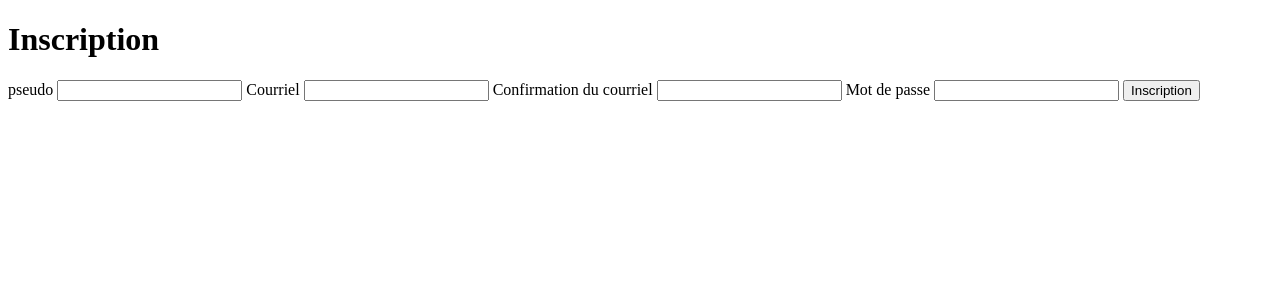
Repository: Yannis699/WW2_forum_project
Page: http://localhost/User/inscription.php
An editor plug-in stored every save of this project. The page is shown before and after the next save, followed by the edit.
The browser window is 1280 px wide. The pictures show the whole page.
The page is run by PHP 8.4 with error messages shown; the project is at /var/www/html/. db.php is not in the repository; a stand-in opens the database connection.

Above is the page before, as saved 2022-05-18 23:39:29.

After the next save:
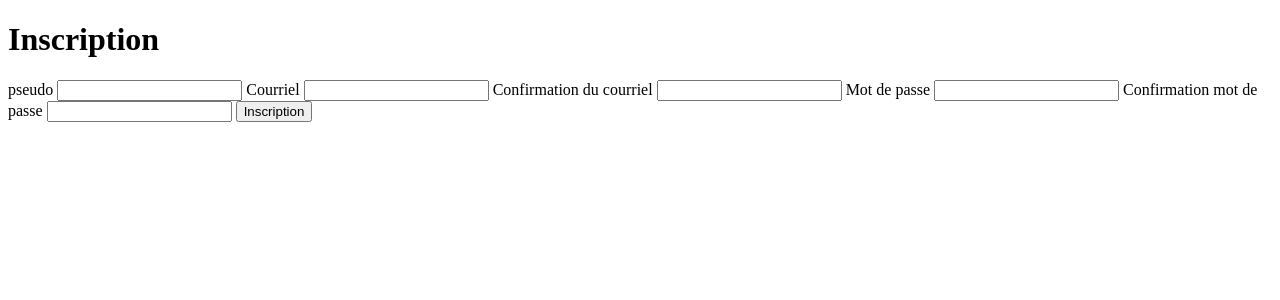
Saved 2 h 5 min later.
--- a/User/inscription.php
+++ b/User/inscription.php
@@ -3,32 +3,124 @@
 require_once('../db.php');
 
 
+    if (isset($_POST['inscription'])) {
+
+        $data = array_map('trim', $_POST);
+        extract($data);
+
+        $valid = (boolean) true;
+
+        $pseudo = $data['pseudo'];
+        $mail = $data['mail'];
+        $confmail = $data['confmail'];
+        $password = $data['password'];
+        $confpassword = $data['confpassword'];
+        //echo iconv_strlen($pseudo, 'UTF-8'); exit;
+
+        if(empty($pseudo)){
+            $valid = false;
+            $err_pseudo = "Ce champ ne peut pas être vide";
+        }
+
+        elseif(grapheme_strlen($pseudo) < 5){
+            $valid = false;
+            $err_pseudo = "Le pseudo doit faire plus de caractères";
+        }
+        elseif(grapheme_strlen($pseudo)>18){
+            $valid = false;
+            $err_pseudo = "Le pseudo doit faire moins de 18 caractères ; le vôtre fait (" . grapheme_strlen($pseudo) . "/18;";
+        }
+        else{
+            $req = $bdd->prepare("SELECT id FROM User WHERE pseudo = ?");
+            $req->execute(array($pseudo));
+            $req =  $req->fetch();
+
+            if(isset($req['id'])){
+                $valid = false;
+                $err_pseudo = "Ce pseudo est déjà pris";
+                echo $err_pseudo;
+
+            }
+        }
+
+        if(empty($mail)){
+            $valid = false;
+            $err_mail = "Ce champ ne peut pas être vide";
+        }
+
+        elseif($mail != $confmail){
+            $valid = false;
+            $err_mail = "Le mail est différent de la confirmation";
+
+        } else {
+            $req = $bdd->prepare('SELECT id FROM User WHERE mail = ?');
+            $req->execute(array($mail));
+            $req = $req->fetch();
+        }
+
+        if(empty($password)){
+            $valid = false;
+            $err_password = "Le champ ne peut pas être vide";
+
+        }
+
+        elseif(!filter_var($mail, FILTER_VALIDATE_EMAIL)){
+            $valid = false;
+            $err_mail = "Format mail invalide";
+        }
+
+        elseif($password != $confpassword){
+            $valid = false;
+            $err_password = "Vous avez deux différents mots de passe";
+        }
+
+        if($valid){
+            $cryptPassword = crypt($password, '$2a$07$fheuihrf77838Y.?/.UIHIUF$' );
+            $date_creation = date('Y-m-d H:i:s');
+            $insertUser = $bdd->prepare("INSERT INTO User(pseudo, mail, mdp, date_creation, date_connexion) VALUES (?,?,?,?,?)");
+            $insertUser->execute(array($pseudo, $mail, $cryptPassword, $date_creation, $date_creation));
+        }else{
+            echo "Vous avez fait une ou plusieurs erreurs";
+        }
+    }
+
 ?>
 
 <!DOCTYPE html>
 <html lang="en">
+
 <head>
     <meta charset="UTF-8">
     <meta http-equiv="X-UA-Compatible" content="IE=edge">
     <meta name="viewport" content="width=device-width, initial-scale=1.0">
     <title>Inscription</title>
 </head>
+
 <body>
     <h1> Inscription</h1>
-        <form action="" method="post">
-            <label for="pseudo">pseudo</label>
-            <input type="text" name="pseudo" id="pseudo">
+    <form action="" method="post">
 
-            <label for="mail">Courriel</label>
-            <input type="email" name="mail" id="mail">
+        <?php if(isset($err_pseudo)) {echo '<div>' . $err_pseudo . '<div>' ; }?>
 
-            <label for="">Confirmation du courriel</label>
-            <input type="email" name="confmail" id="confmail">
+        <label for="pseudo">pseudo</label>
+        <input type="text" name="pseudo" id="pseudo" value=" <?php if(isset($pseudo)){ echo $pseudo;} ?>">
 
-            <label for=""> Mot de passe </label>
-            <input type="password" name="password" id="">
+        <?php if(isset($err_mail)) {echo '<div>' . $err_mail . '<div>' ; }?>
+        <label for="mail">Courriel</label>
+        <input type="email" name="mail" id="mail" value=" <?php if(isset($mail)){ echo $mail;} ?>">
 
-            <button type="submit">Inscription</button>
-        </form>
+        <label for="">Confirmation du courriel</label>
+        <input type="email" name="confmail" id="confmail">
+
+        <?php if(isset($err_password)) { echo '<div>' . $err_password . '<div>';} ?>
+        <label for=""> Mot de passe </label>
+        <input type="password" name="password" id="" value= "">
+
+        <label for=""> Confirmation mot de passe </label>
+        <input type="password" name="confpassword" id="confpassword">
+
+        <button type="submit" name="inscription">Inscription</button>
+    </form>
 </body>
+
 </html>
